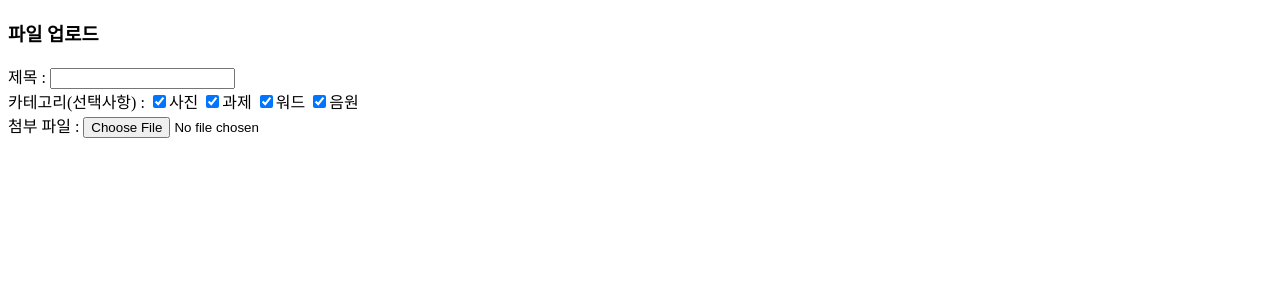
Repository: dogksi/JSP
Page: http://localhost/TestJSP/FileUpload/FileUploadMain.jsp
The author's editor kept a copy of each file at every save. The page is drawn from the files as they stood at one save, then again after the next save.
The browser window is 1280 px wide. The pictures show the whole page.
The page is served by Tomcat 10. Nobody is signed in. The application's start-up code is not run.

Above is the page before, as saved 2023-09-19 02:50:27.

After the next save:
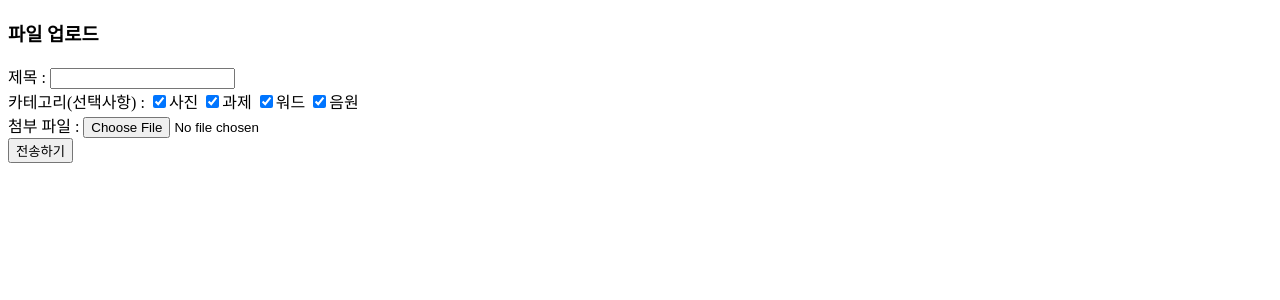
Saved 22 s later.
--- a/TestJSP/src/main/webapp/FileUpload/FileUploadMain.jsp
+++ b/TestJSP/src/main/webapp/FileUpload/FileUploadMain.jsp
@@ -31,6 +31,7 @@
 			<input type="checkbox" name="cate" value="워드" checked />워드
 			<input type="checkbox" name="cate" value="음원" checked />음원 <br />
 		첨부 파일 : <input type="file" name="attachedFile" /> <br />
+		<input type="submit" value="전송하기" />
 	</form>
 </body>
 </html>
